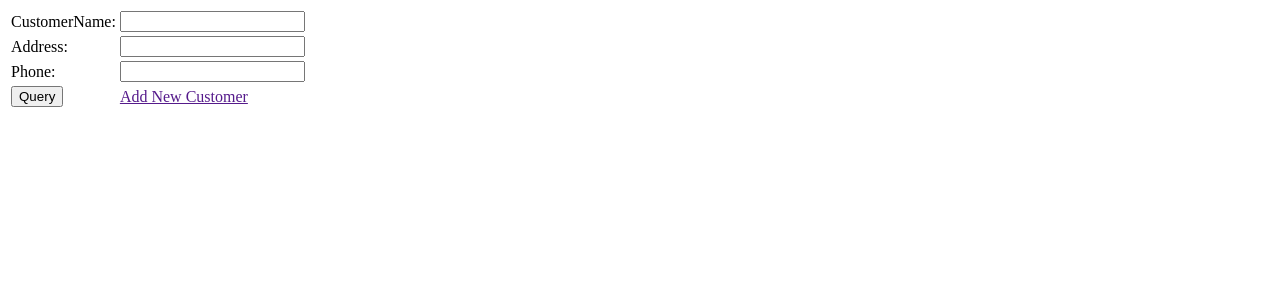
Repository: smilebingbing/java
Page: http://localhost/mvc/newcustomer.jsp
The author's editor kept a copy of each file at every save. The page is drawn from the files as they stood at one save, then again after the next save.
The browser window is 1280 px wide. The pictures show the whole page.
The page is served by Tomcat 9. Other server files are loaded and not shown.

Above is the page before, as saved 2017-01-02 11:16:11.

### mvc/WebContent/newcustomer.jsp
<%@ page language="java" contentType="text/html; charset=UTF-8"
    pageEncoding="UTF-8"%>
<!DOCTYPE html PUBLIC "-//W3C//DTD HTML 4.01 Transitional//EN" "http://www.w3.org/TR/html4/loose.dtd">
<html>
<head>
<meta http-equiv="Content-Type" content="text/html; charset=UTF-8">
<title>Insert title here</title>
</head>
<body>

		<form action="addCustomer.do" method="post">
		<table>
			<tr>
				<td>CustomerName:</td>
				<td><input type="text" name="name"/></td>
			</tr>
						<tr>
				<td>Address:</td>
				<td><input type="text" name="address"/></td>
			</tr>
						<tr>
				<td>Phone:</td>
				<td><input type="text" name="phone"/></td>
			</tr>
			<tr>
				<td><input type ="submit" value="Query"/></td>
				<td><a href="">Add New Customer</a></td>
			</tr>
		</table>
	</form>

</body>
</html>

After the next save:
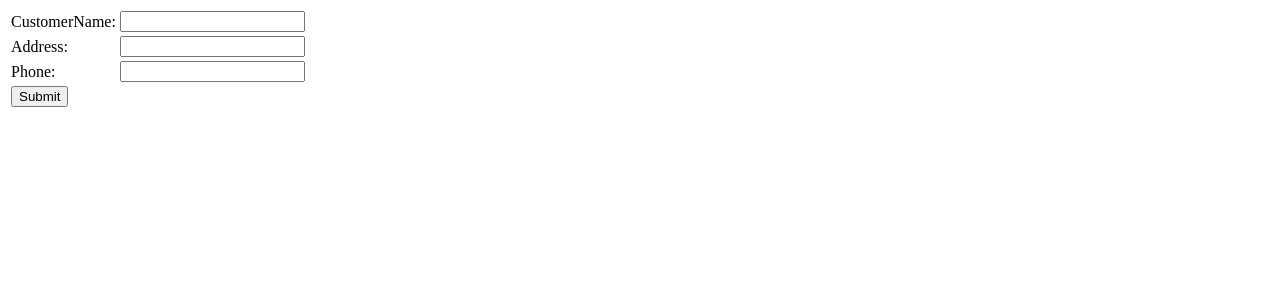
Saved 75 s later.
--- a/mvc/WebContent/newcustomer.jsp
+++ b/mvc/WebContent/newcustomer.jsp
@@ -23,8 +23,7 @@
 				<td><input type="text" name="phone"/></td>
 			</tr>
 			<tr>
-				<td><input type ="submit" value="Query"/></td>
-				<td><a href="">Add New Customer</a></td>
+				<td colspan="2"><input type ="submit" value="Submit"/></td>
 			</tr>
 		</table>
 	</form>
